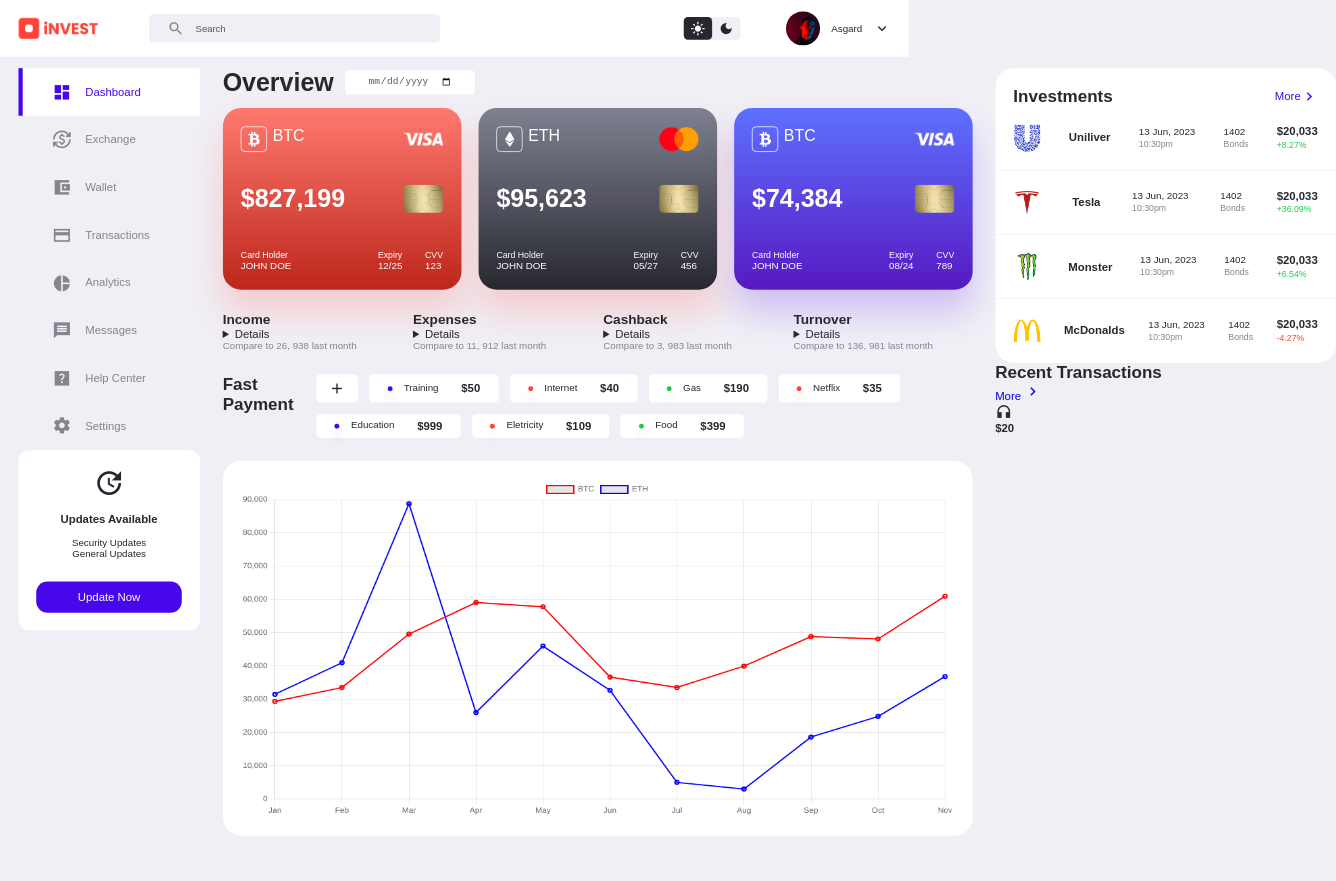
Repository: eziocdl/Admin_Dash
Page: index.html
These files come from the project's save history. The page is drawn as it stood at one moment and after the next save; the edit follows.
The browser window is 1280 px wide. The page is 1882 px wide, so the pictures cover 1882 px, including what lies to the right of the window. The pictures show the whole page, at 71% of full size.
Some web libraries are served in a nearby version.

Above is the page before, as saved 2023-06-15 10:02:43.

### index.html
<!DOCTYPE html>
<html lang="pt-BR">
<head>
    <meta charset="UTF-8">
    <meta http-equiv="X-UA-Compatible" content="IE=edge">
    <meta name="viewport" content="width=device-width, initial-scale=1.0">
    <title>DashBoard Responsiva</title>
    <!--MATERIAL ICONS CDN-->
    <link href="https://fonts.googleapis.com/icon?family=Material+Icons+Sharp" rel="stylesheet">
    <!--GOOGLE FONTES (POPPINS)-->
    <link rel="preconnect" href="https://fonts.googleapis.com">
<link rel="preconnect" href="https://fonts.gstatic.com" crossorigin>
<link href="https://fonts.googleapis.com/css2?family=Poppins:wght@300;400;500;600;700&display=swap"
   rel="stylesheet">
    <!--STYLESHEET-->
<link rel="stylesheet" href="style.css">
</head>
<body>
    <!--NAVEGACAO-->
    <nav>
        <div class="container">
            <img src="./images/logo.png" class="logo">
            <div class="search-bar">
                <span class="material-icons-sharp">search</span>
                <input type="search" placeholder="Search">
            </div>
            <div class="profile-area">
                <div class="theme-btn">
                    <span class="material-icons-sharp active">light_mode</span>
                    <span class="material-icons-sharp">dark_mode</span>
            </div>
            <div class="profile">
                    <div class="profile-photo">
                        <img src="./images/profile-1.jpg">
                    </div>
                    <h5>Asgard</h5>
                    <span class="material-icons-sharp">expand_more</span>
            </div>
            <button id="menu-btn">
                    <span class="material-icons-sharp">menu</span>
                </button>

            </div>

        </div>
    </nav>
    <!--FINAL DA NAVEGACAO-->

    <main>
        <aside>
            <button id="close-btn">
                <span class="material-icons-sharp">close</span>

            </button>

            <div class="sidebar">
                <a href="#" class="active">
                    <span class="material-icons-sharp">dashboard</span>
                    <h4>Dashboard</h4>
                </a>

                <a href="#">
                    <span class="material-icons-sharp">currency_exchange</span>
                    <h4>Exchange</h4>
                </a>

                <a href="#">
                    <span class="material-icons-sharp">account_balance_wallet</span>
                    <h4>Wallet</h4>
                </a>

                <a href="#">
                    <span class="material-icons-sharp">payment</span>
                    <h4>Transactions</h4>
                </a>

                <a href="#">
                    <span class="material-icons-sharp">pie_chart</span>
                    <h4>Analytics</h4>
                </a>

                <a href="#">
                    <span class="material-icons-sharp">message</span>
                    <h4>Messages</h4>
                </a>

                <a href="#">
                    <span class="material-icons-sharp">help_center</span>
                    <h4>Help Center</h4>
                </a>

                <a href="#">
                    <span class="material-icons-sharp">settings</span>
                    <h4>Settings</h4>
                </a>
            </div>
            <!------------------FINAL DO SIDEBAR------------------------------------------------>
            <div class="updates">
                <span class="material-icons-sharp">update</span>
                    <h4>Updates Available</h4>
                    <p>Security Updates</p>
                    <p>General Updates</p>
                    <a href="#">Update Now</a>
            </div>
        </aside>
        <!--FINAL DO ASIDE-->

        <section class="middle">
            <div class="header">
                <h1>Overview</h1>
                <input type="date">
            </div>

            <div class="cards">
                <div class="card">
                    <div class="top">
                        <div class="left">
                            <img src="./images/BTC.png">
                            <h2>BTC</h2>
                        </div>
                        <img src="./images/visa.png" class="right">
                    </div>

                    <div class="middle">
                             <h1>$827,199</h1>
                             <div class="chip">
                               <img src="./images/card chip.png">
                            </div>
                    </div>

                    <div class="bottom">
                        <div class="left">
                           <small>Card Holder</small>
                           <h5>JOHN DOE</h5>
                        </div>

                        <div class="right">
                            <div class="expiry">
                                <small>Expiry</small>
                                <h5>12/25</h5>
                            </div>
                            <div class="cvv">
                                <small>CVV</small>
                                <h5>123</h5>
                            </div>
                        </div>
                    </div>
                </div>
                <!-------------------FINAL DO CARTAO------------------------------------------------->
                <div class="card">
                    <div class="top">
                        <div class="left">
                            <img src="./images/ETH.png">
                            <h2>ETH</h2>
                        </div>
                        <img src="./images/master card.png" class="right">
                    </div>

                    <div class="middle">
                        <h1>$95,623</h1>
                        <div class="chip">
                            <img src="./images/card chip.png">
                        </div>
                    </div>

                    <div class="bottom">
                        <div class="left">
                           <small>Card Holder</small>
                           <h5>JOHN DOE</h5>
                        </div>

                        <div class="right">
                            <div class="expiry">
                                <small>Expiry</small>
                                <h5>05/27</h5>
                            </div>
                            <div class="cvv">
                                <small>CVV</small>
                                <h5>456</h5>
                            </div>
                        </div>
                    </div>
                </div>
                <!-------------------FINAL DO CARTAO 1------------------------------------------------->

                <div class="card">
                    <div class="top">
                        <div class="left">
                            <img src="./images/BTC.png">
                            <h2>BTC</h2>
                        </div>
                     <img src="./images/visa.png" class="right">
                    </div>

                    <div class="middle">
                        <h1>$74,384</h1>
                        <div class="chip">
                            <img src="./images/card chip.png">
                        </div>

                    </div>

                    <div class="bottom">
                        <div class="left">
                           <small>Card Holder</small>
                           <h5>JOHN DOE</h5>
                        </div>

                        <div class="right">
                            <div class="expiry">
                                <small>Expiry</small>
                                <h5>08/24</h5>
                            </div>
                            <div class="cvv">
                                <small>CVV</small>
                                <h5>789</h5>
                            </div>
                        </div>
                    </div>
                </div>
                <!-------------------FINAL DO CARTAO 2------------------------------------------------->
            </div>

            <!-------------------FINAL DOS CARDS-------------------------------------------------->
            <div class="monthly-report">
                <div class="report">
                     <h3>Income</h3>
                     <div>
                        <details>
                            <h1>29,023</h1>
                            <h6 class="success">+3.5%</h6>
                        </details>
                        <p class="text-muted">Compare to 26,
                        938 last month</p>
                     </div>
                </div>
               <!-- END OF INCOME REPORT--->
                <div class="report">
                    <h3>Expenses</h3>
                    <div>
                       <details>
                           <h1>9,005</h1>
                           <h6 class="danger">-6.5%</h6>
                       </details>
                       <p class="text-muted">Compare to 11,
                       912 last month</p>
                    </div>
               </div>
               <!-- END OF EXPENSES REPORT --->
               <div class="report">
                     <h3>Cashback</h3>
                     <div>
                        <details>
                            <h1>4,7004</h1>
                            <h6 class="success">+7.5%</h6>
                        </details>
                        <p class="text-muted">Compare to 3,
                        983 last month</p>
                     </div>
                </div>
                <!-- END OF CASHBACK REPORT --->
                <div class="report">
                     <h3>Turnover</h3>
                     <div>
                        <details>
                            <h1>118,900</h1>
                            <h6 class="danger">+17.8%</h6>
                        </details>
                        <p class="text-muted">Compare to 136,
                        981 last month</p>
                     </div>
                </div>
                <!-- END OF TURNOVER REPORT --->
            </div>

            <!--END OF MONTLY REPORT-->
            <div class="fast-payment">
                 <h2>Fast Payment</h2>
                 <div class="badges">
                      <div class="badge">
                        <span class="material-icons-sharp">
                        add</span>
                      </div>
                      <div class="badge">
                           <span class="bg-primary"></span>
                           <div>
                              <h5>Training</h5>
                              <h4>$50</h4>
                           </div>
                      </div>
                       <div class="badge">
                           <span class="bg-danger"></span>
                           <div>
                              <h5>Internet</h5>
                              <h4>$40</h4>
                           </div>
                      </div>
                      <div class="badge">
                           <span class="bg-success"></span>
                           <div>
                              <h5>Gas</h5>
                              <h4>$190</h4>
                           </div>
                      </div>
                      <div class="badge">
                           <span class="bg-danger"></span>
                           <div>
                              <h5>Netflix</h5>
                              <h4>$35</h4>
                           </div>
                      </div>
                      <div class="badge">
                           <span class="bg-primary"></span>
                           <div>
                              <h5>Education</h5>
                              <h4>$999</h4>
                           </div>
                      </div>
                      <div class="badge">
                           <span class="bg-danger"></span>
                           <div>
                              <h5>Eletricity</h5>
                              <h4>$109</h4>
                           </div>
                      </div>
                      <div class="badge">
                           <span class="bg-success"></span>
                           <div>
                              <h5>Food</h5>
                              <h4>$399</h4>
                           </div>
                      </div>
                </div>
            </div>

            <!--END OF PAYMENT---------------->

            <canvas id="chart"></canvas>

        </section>
        <!--FINAL DO MIDDLE-->
        <section class="right">
            <div class="investments">
                <div class="header">
                    <h2>Investments</h2>
                    <a href="#">More <span class="material-icons-sharp">
                        chevron_right</span></a>
                </div>

                <div class="investment">
                        <img src="./images/uniliver.png">
                        <h4>Uniliver</h4>
                        <div class="date-time">
                          <p>13 Jun, 2023</p>
                          <small class="text-muted">10:30pm</small>
                        </div>
                        <div class="bonds">
                              <p>1402</p>
                              <small class="text-muted">Bonds</small>
                        </div>
                        <div class="amount">
                              <h4>$20,033</h4>
                              <small class="success">+8.27%</small>
                        </div>
                    </div>
                    <!--END OF INVESTIMENT-->
                    <div class="investment">
                        <img src="./images/tesla.png">
                        <h4>Tesla</h4>
                        <div class="date-time">
                            <p>13 Jun, 2023</p>
                            <small class="text-muted">10:30pm</small>
                        </div>
                        <div class="bonds">
                              <p>1402</p>
                              <small class="text-muted">Bonds</small>
                        </div>
                        <div class="amount">
                              <h4>$20,033</h4>
                              <small class="success">+36.09%</small>
                        </div>
                    </div>
                    <!--END OF INVESTIMENT-->
                    <div class="investment">
                            <img src="./images/monster.png">
                            <h4>Monster</h4>
                            <div class="date-time">
                              <p>13 Jun, 2023</p>
                              <small class="text-muted">10:30pm</small>
                            </div>
                            <div class="bonds">
                              <p>1402</p>
                              <small class="text-muted">Bonds</small>
                            </div>
                            <div class="amount">
                              <h4>$20,033</h4>
                              <small class="success">+6.54%</small>
                            </div>
                    </div>
                    <!--END OF INVESTIMENT-->
                    <div class="investment">
                        <img src="./images/mcdonalds.png">
                        <h4>McDonalds</h4>
                        <div class="date-time">
                          <p>13 Jun, 2023</p>
                          <small class="text-muted">10:30pm</small>
                        </div>
                        <div class="bonds">
                              <p>1402</p>
                              <small class="text-muted">Bonds</small>
                        </div>
                        <div class="amount">
                              <h4>$20,033</h4>
                              <small class="danger">-4.27%</small>
                        </div>
                    </div>
                    <!--END OF INVESTIMENTS-->
                 </div>
            </div>
            <!--END OF INVESTIMENTS-->

            <div class="recent-transations">
                <div class="header">
                    <h2>Recent Transactions</h2>
                    <a href="#">More <span class="material-icons-sharp">chevron_right</span></a>
                </div>

                <div class="transation">
                    <div class="service">
                        <div class="icon">
                            <span class="material-icons-sharp">headphones</span>
                        </div>
                    </div>
                    <div class="card-details"></div>
                    <h4>$20</h4>
                </div>
            </div>
        </section>
         <!--FINAL DO MIDDLE-->
    </main>
    <!--===========================FINAL DO ASIDE======================================================-->

    <script src="https://cdnjs.cloudflare.com/ajax/libs/Chart.js/3.6.0/chart.min.js"
     integrity="sha512-GMGzUEevhWh8Tc/njS0bDpwgxdCJLQBWG3Z2Ct+JGOpVnEmjvNx6ts4v6A2XJf1HOrtOsfhv3hBKpK9kE5z8AQ=="
     crossorigin="anonymous" referrerpolicy="no-referrer">
    </script>

    <script src="./main.js"></script>
</body>
</html>

Loaded but not shown: main.js (30 lines, source omitted); style.css (549 lines, source omitted)

After the next save:
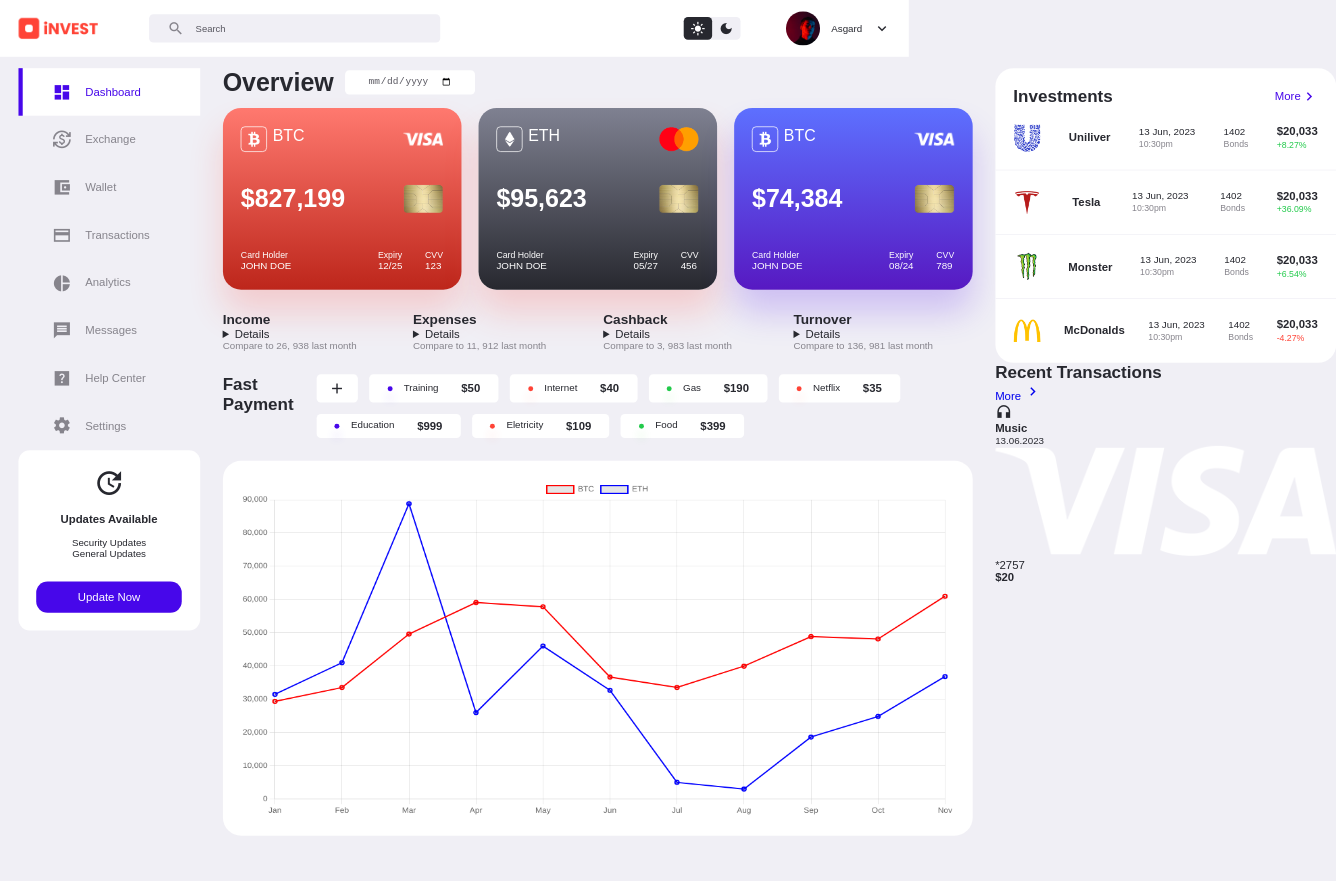
Saved 3 min 21 s later.
--- a/index.html
+++ b/index.html
@@ -430,8 +430,19 @@
                         <div class="icon">
                             <span class="material-icons-sharp">headphones</span>
                         </div>
-                    </div>
-                    <div class="card-details"></div>
+                        <div class="details">
+                            <h4>Music</h4>
+                            <p>13.06.2023</p>
+                        </div>
+                    </div>
+                    <div class="card-details">
+                        <div class="card">
+                            <img src="./images/visa.png">
+                        </div>
+                        <div class="details">
+                            *2757
+                        </div>
+                    </div>
                     <h4>$20</h4>
                 </div>
             </div>
